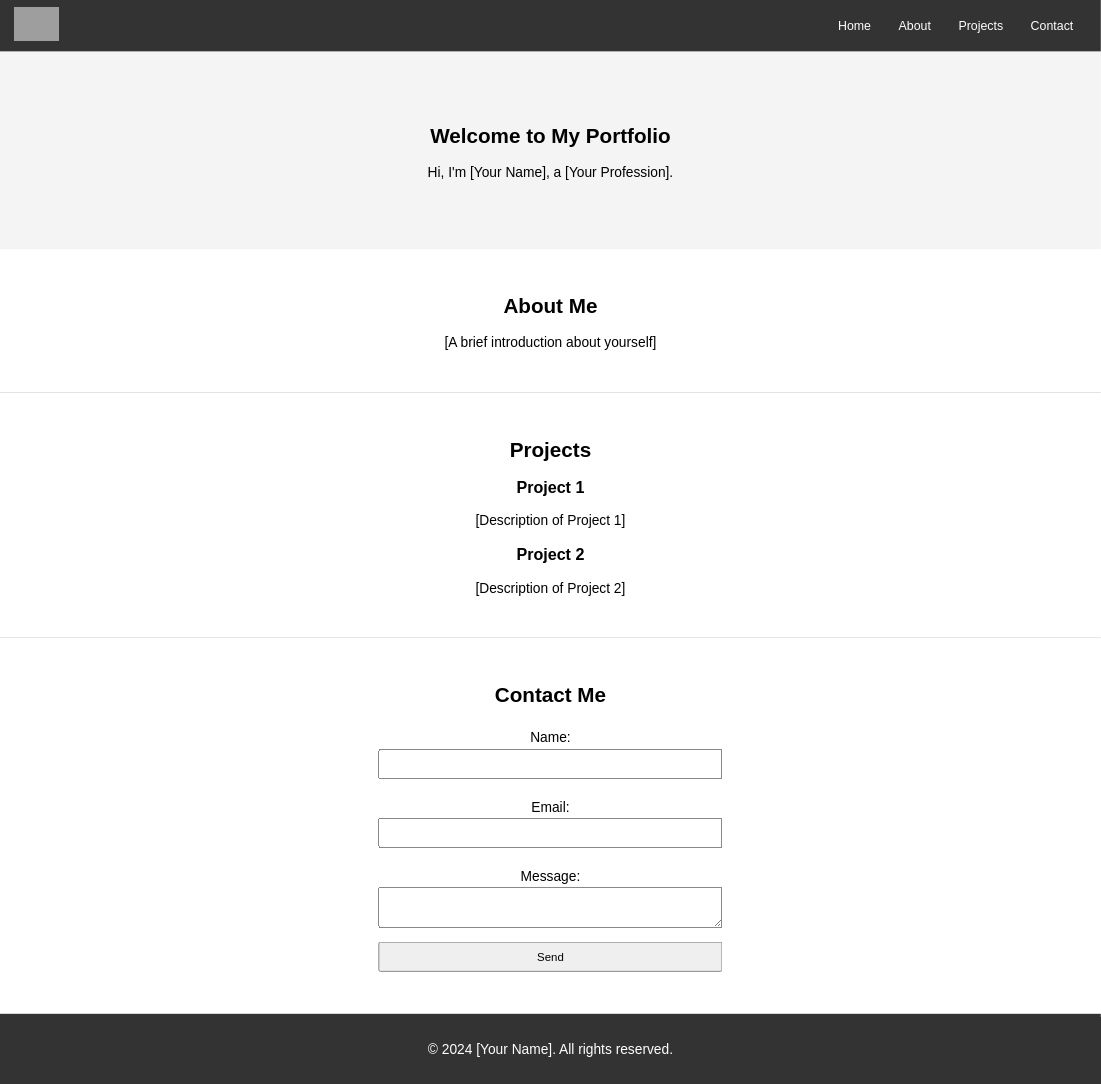
Repository: 4Kbrain/Portofolio
Page: index.html
These files come from the project's save history. The page is drawn as it stood at one moment and after the next save; the edit follows.
The browser window is 1280 px wide. The pictures show the whole page, at 86% of full size.
Pictures or frames that could not be fetched are drawn as grey boxes.

Above is the page before, as saved 2024-05-15 07:44:57.

After the next save:
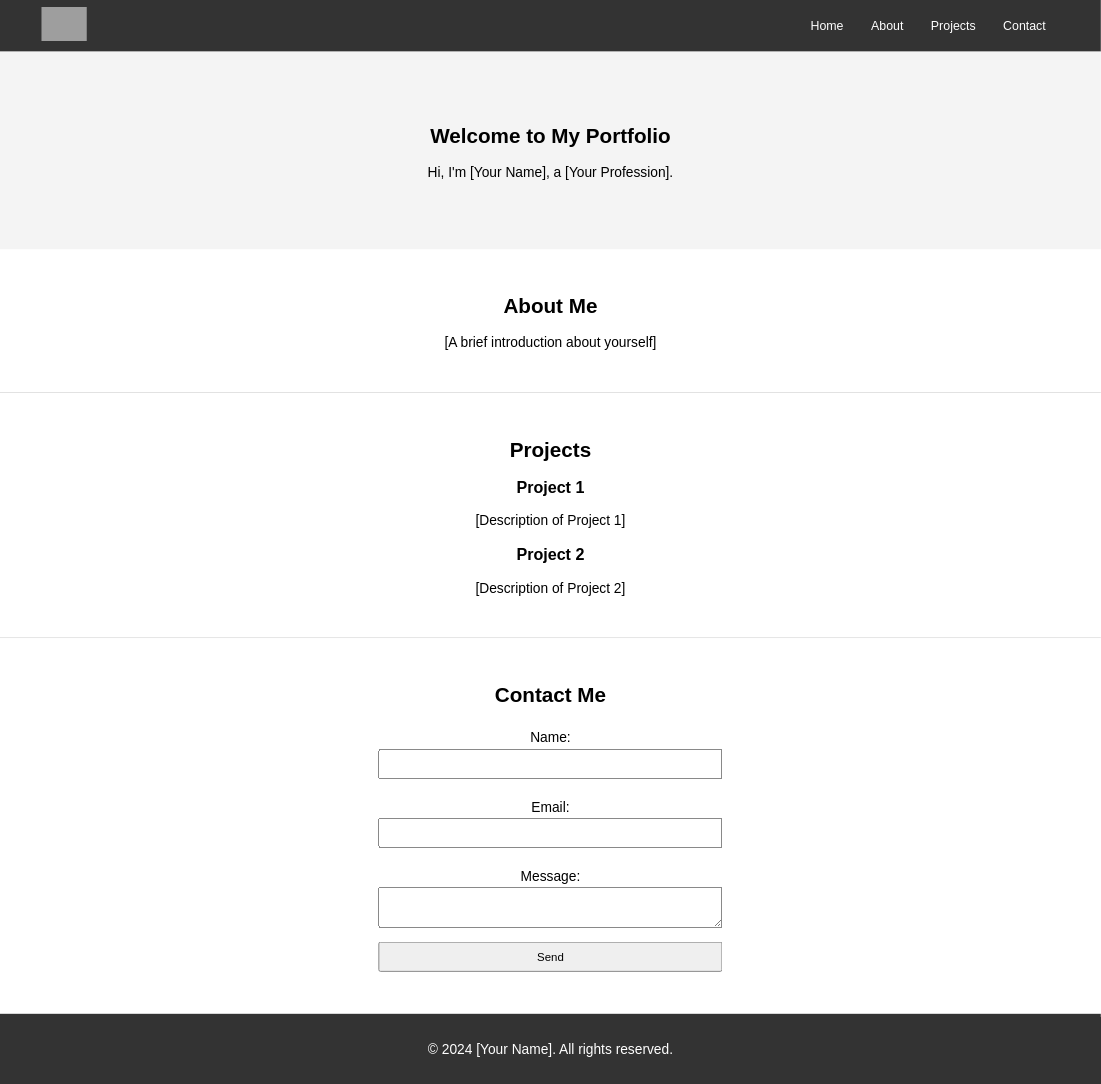
Saved 6 s later.
--- a/styles.css
+++ b/styles.css
@@ -15,6 +15,7 @@ nav {
     display: flex;
     justify-content: space-between;
     align-items: center;
+    padding: 0 2rem; /* Add padding to the left and right */
 }
 
 nav .logo img {
